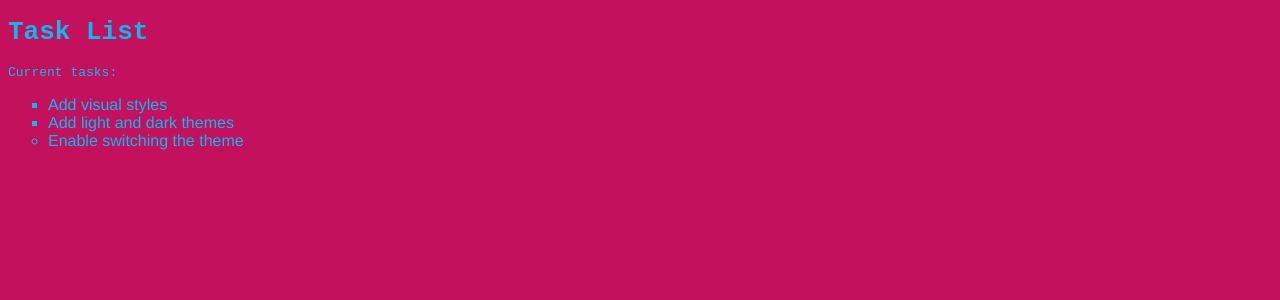
Repository: MaggieMengXingchen/Class-4
Page: index.html
These files come from the project's save history. The page is drawn as it stood at one moment and after the next save; the edit follows.
The browser window is 1280 px wide. The pictures show the whole page.

Above is the page before, as saved 2024-02-14 13:25:48.

### index.html
<!DOCTYPE html>
<html lang="en">
<head>
    <meta charset="UTF-8">
    <meta name="viewport" content="width=device-width, initial-scale=1.0">
    <title>Document</title>
    <Link rel="stylesheet" href="main.css">
</head>
<body class="light-theme">
    <h1>Task List</h1>
    <p id="msg">Current tasks:</p>
    <ul>
    <li class="list">Add visual styles</li>
    <li class="list">Add light and dark themes</li>
    <li>Enable switching the theme</li>
</ul>
</body>
</html>

### main.css
body {
font-family: monospace;
} ul {
font-family: helvetica;
}
li {
list-style: circle;
}
.list {
list-style: square;
}
#msg {
font-family: monospace;
}
.light-theme {
color: #0fb7ef;
background: #c3115e;
}

After the next save:
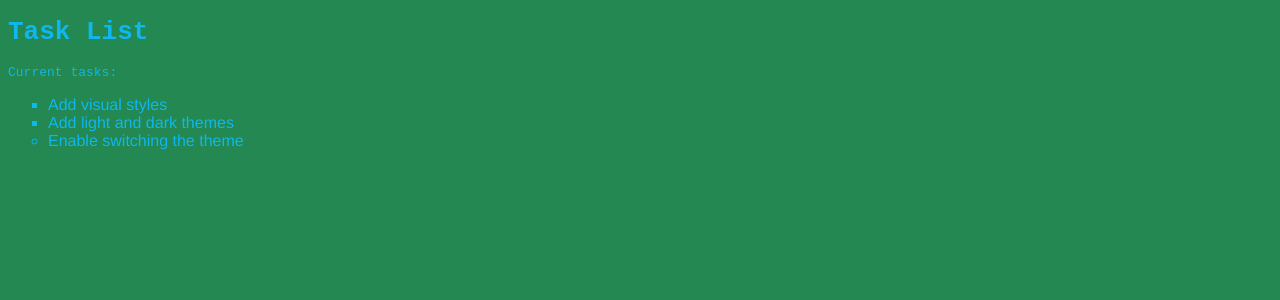
Saved 6 s later.
--- a/main.css
+++ b/main.css
@@ -14,5 +14,5 @@ font-family: monospace;
 }
 .light-theme {
 color: #0fb7ef;
-background: #c3115e;
+background: #238851;
 }
